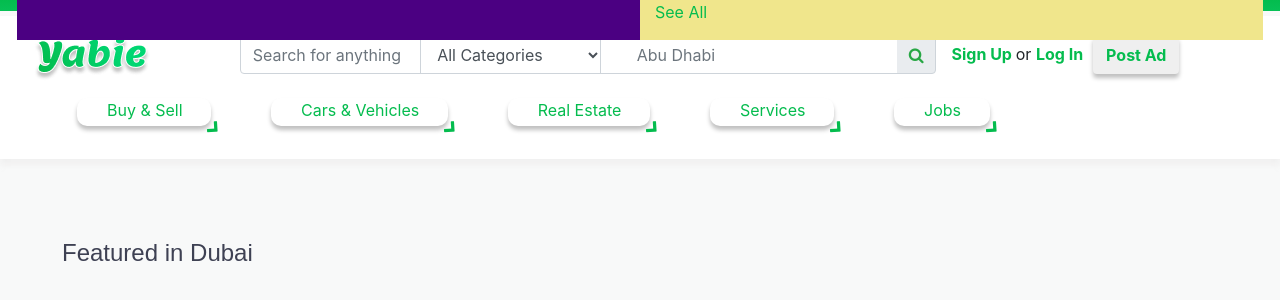
Repository: muazzamkha95/yabie
Page: homepage.html
These files come from the project's save history. The page is drawn as it stood at one moment and after a run of saves; the edit follows.
The browser window is 1280 px wide. The pictures show the whole page.

Above is the page before, as saved 2020-07-03 23:41:41.
Console error: TypeError: Cannot read properties of undefined (reading 'fn')

After the next 3 saves:
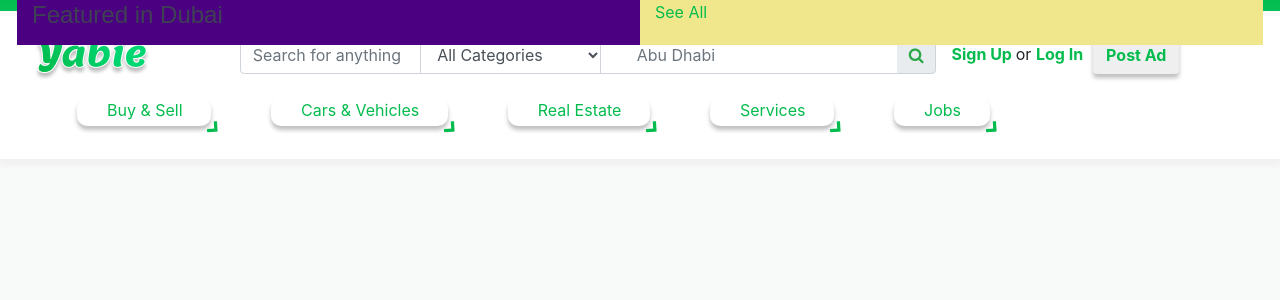
The 3 saves are shown as one change because they came seconds apart.
The last was saved 24 s later.
--- a/css/main.css
+++ b/css/main.css
@@ -78,15 +78,15 @@ nav{
     background-color: hotpink;
     width: 100%;
      margin-top: 170px;
+     position: absolute;
+    width: 328px;
+    height: 40px;
+    left: 45px;
+    top: 238px;
 }
 
 
 .sectionTitle{
-    position: absolute;
-    width: 328px;
-    height: 40px;
-    left: 45px;
-    top: 238px;
 
     font-family:sans-serif;
     font-style: normal;
